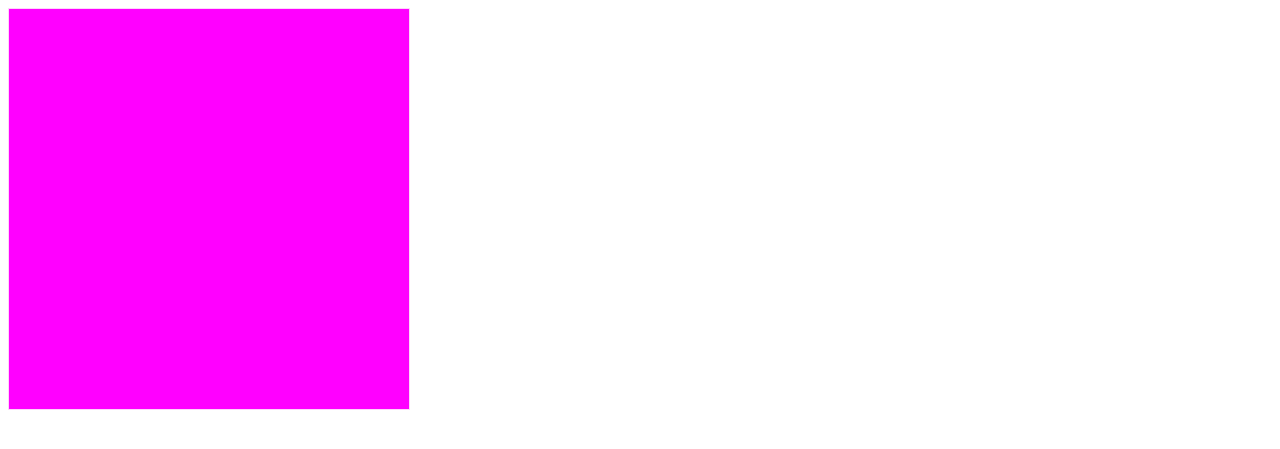
Repository: HyunraDate/ZhongpingShen
Page: Chocolate.html
The author's editor kept a copy of each file at every save. The page is drawn from the files as they stood at one save, then again after the next save.
The browser window is 1280 px wide. The pictures show the whole page.

Above is the page before, as saved 2024-02-14 14:51:44.

After the next save:
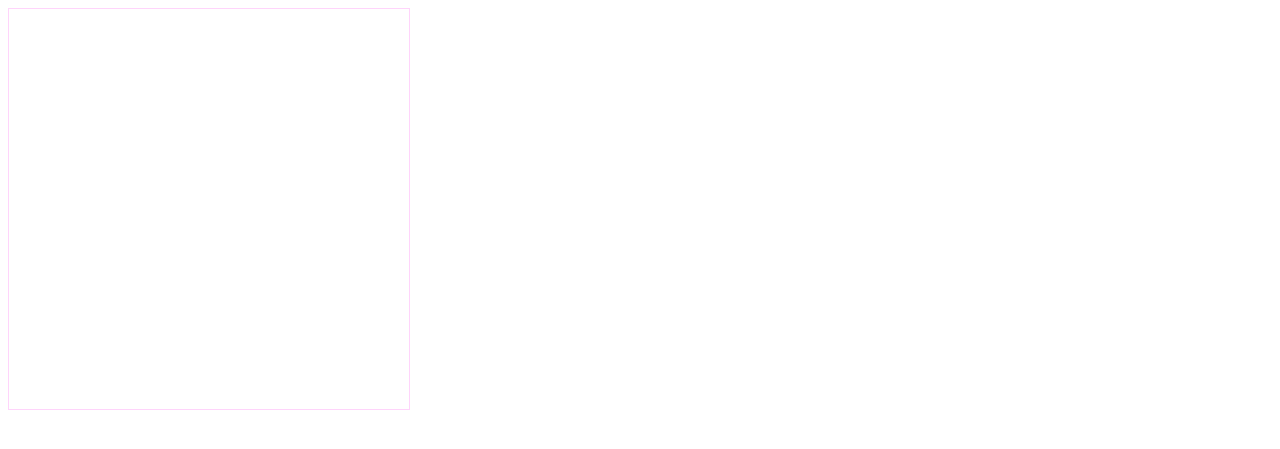
Console error: SyntaxError: Invalid or unexpected token
Saved 17 min 57 s later.
--- a/app.js
+++ b/app.js
@@ -1,11 +1,45 @@
 let canvas = document.getElementById('webgl')
 let gl = canvas.getContext('2d') //webgl 是3d，2d直接写2d
 
+
+
+//vertexShader, fragmentShader 组成program
+let vertexSource = '
+void main() {
+    gl_Position = vec4 (0.0, 0.0, 0.0, 1.0);
+    gl_PointSize = 10.0;
+}'
+//glsl
+
+//this is 像素点的颜色的信息
+let fragmentSource = '
+void main() {
+    gl_FragColor = vec4(1.0, 0.0, 0.0, 1.0)
+}
+'
+
+//this is 容器
+let vertexShader = gl.createShader(gl.VERTEX_SHADER)
+let fragmentShader = gl.createShader(gl.FRAGMENT_SHADER)
+
+gl.shaderSource(vertexShader, vertexSource)
+gl.shaderSource(fragmentShader, fragmentSource)
+
+gl.compileShader(vertexShader)
+gl.compileShader(fragmentShader)
+
+//program
+let program = gl.createProgram()
+gl.attachShader(vertexShader)
+gl.attachShader(fragmentShader)
+gl.linkProgram(program)
+gl.useProgram(program)
+
 //webgl (3d)
 // gl.clearColor(0.0, 0.0, 0.0, 1.0) //RBG + Ahpha透明通道，0.0完全透明
-// gl.clear(gl.COLOR_BUFFER_BIT) //大写：常量 like Math.PI //this is 清空颜色
+// gl.clear(gl.COLOR_BUFFER_BIT) //大写：常量 like Math.PI //this is 清空颜色*(整个画布)
 
 //webgl (2d)
 //ctx.fillRect(0, 0, 400, 400)
-gl.fillStyle = 'fuchsia'
-gl.fillRect(0, 0, 400, 400)
+// gl.fillStyle = 'fuchsia'
+// gl.fillRect(0, 0, 400, 400)

After the 5 saves that followed:
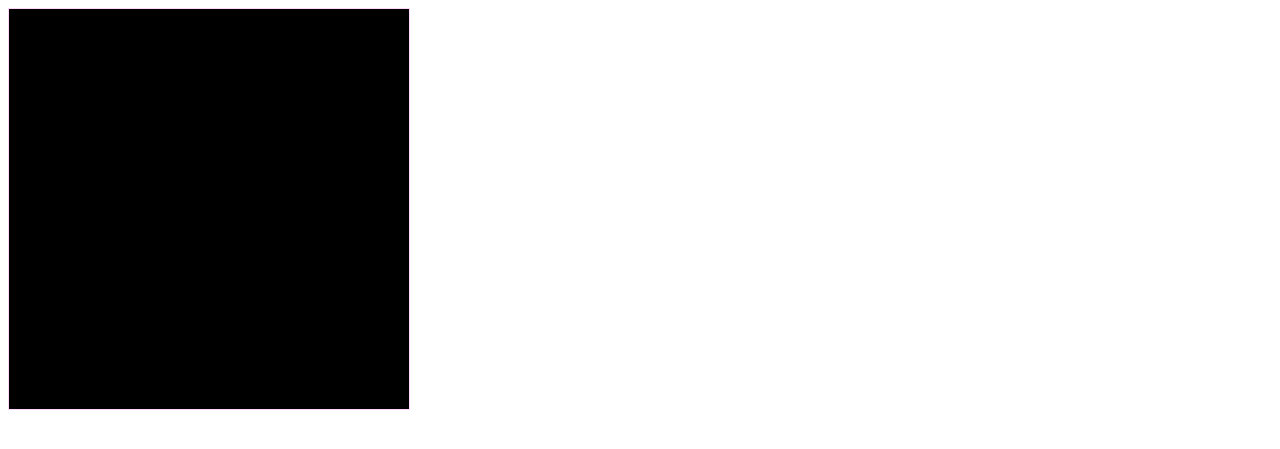
The error is gone.
The 5 saves are shown as one change because 4 left the picture as it was.
The last was saved 9 min 32 s later.
--- a/app.js
+++ b/app.js
@@ -1,22 +1,22 @@
 let canvas = document.getElementById('webgl')
-let gl = canvas.getContext('2d') //webgl 是3d，2d直接写2d
-
+let gl = canvas.getContext('webgl') //webgl 是3d，2d直接写2d
 
 
 //vertexShader, fragmentShader 组成program
-let vertexSource = '
+let vertexSource = `
 void main() {
     gl_Position = vec4 (0.0, 0.0, 0.0, 1.0);
     gl_PointSize = 10.0;
-}'
+}
+`
 //glsl
 
 //this is 像素点的颜色的信息
-let fragmentSource = '
+let fragmentSource = `
 void main() {
-    gl_FragColor = vec4(1.0, 0.0, 0.0, 1.0)
+    gl_FragColor = vec4(1.0, 0.0, 0.0, 1.0);
 }
-'
+`;
 
 //this is 容器
 let vertexShader = gl.createShader(gl.VERTEX_SHADER)
@@ -30,14 +30,14 @@
 
 //program
 let program = gl.createProgram()
-gl.attachShader(vertexShader)
-gl.attachShader(fragmentShader)
+gl.attachShader(program, vertexShader)
+gl.attachShader(program, fragmentShader)
 gl.linkProgram(program)
 gl.useProgram(program)
 
 //webgl (3d)
-// gl.clearColor(0.0, 0.0, 0.0, 1.0) //RBG + Ahpha透明通道，0.0完全透明
-// gl.clear(gl.COLOR_BUFFER_BIT) //大写：常量 like Math.PI //this is 清空颜色*(整个画布)
+gl.clearColor(0.0, 0.0, 0.0, 1.0) //RBG + Ahpha透明通道，0.0完全透明
+gl.clear(gl.COLOR_BUFFER_BIT) //大写：常量 like Math.PI //this is 清空颜色*(整个画布)
 
 //webgl (2d)
 //ctx.fillRect(0, 0, 400, 400)
